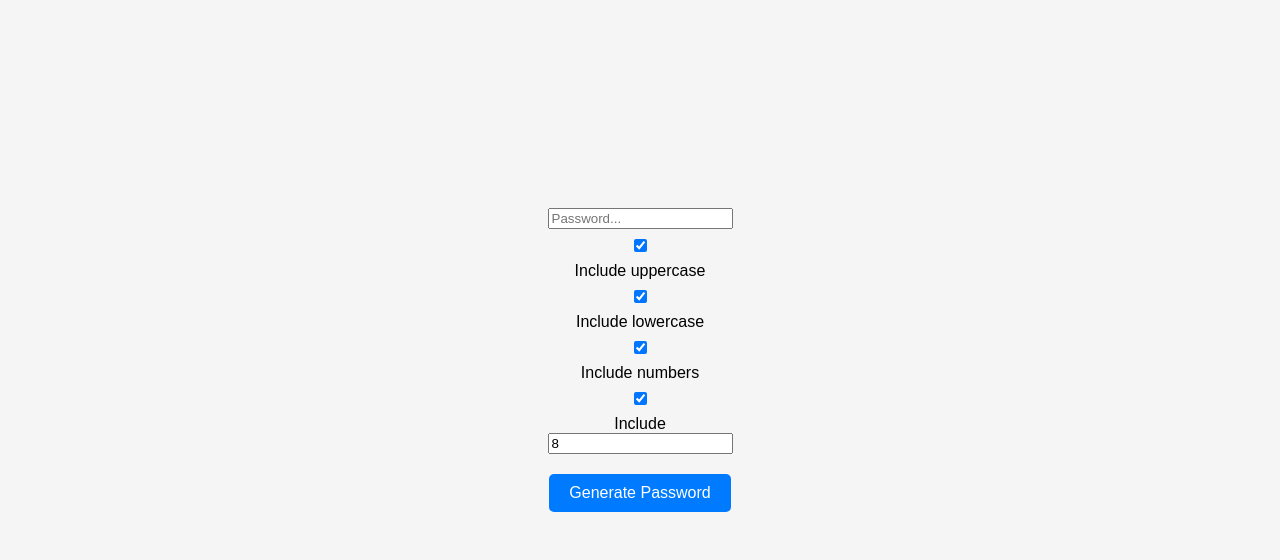
Repository: sriram1224/pass-generator
Page: /
An editor plug-in stored every save of this project. The page is shown before and after the next save, followed by the edit.
The browser window is 1280 px wide. The pictures show the whole page.
The project was rebuilt for these pictures with package versions that can differ from the ones it lists, and the page was loaded fresh each time.

Above is the page before, as saved 2024-03-21 19:43:09.

### src/App.js
import React, { useState, useRef, useCallback } from 'react';
import './App.css';

function generatePassword(length, includeUpper, includeLower, includeNumber, includeSymbol){
  const upperChars = 'ABCDEFGHIJKLMNOPQRSTUVWXYZ';
  const lowerChars = 'abcdefghijklmnopqrstuvwxyz';
  const numberChars = '0123456789';
  const symbolChars = '!@#$%^&*()-_=+';

  let chars = '';
  if (includeUpper) chars+= upperChars;
  if (includeLower) chars += lowerChars;
  if (includeNumber) chars += numberChars;
  if (includeSymbol) chars += symbolChars;
  let password = '';
  for(let i = 0; i < length; i++){
    password += chars.charAt(Math.floor(Math.random() * chars.length));
  }
  return password;
}

function App() {
  const [password,setPassword] = useState('');
  const includeUpperref = useRef(true);
  const includeLowerref= useRef(true);
  const includeSymbolref = useRef(true);
  const includeNumberref= useRef(true);
  const lengthRef = useRef(8);

  const handlechange = (ref) => {
    ref.current = !ref.current;
    handlePassword();
  };

  const handlePassword = useCallback(() => {
    const newPass = generatePassword(
      lengthRef.current,
      includeUpperref.current,
      includeLowerref.current,
      includeNumberref.current,
      includeSymbolref.current
    );
    setPassword(newPass);
  }, []);

  return (
    <div className="App">

      <input type="text"  value={password} placeholder='Password...'   readonly />
      <input type="checkbox" checked={includeUpperref.current} onChange={() => handlechange(includeUpperref)} /> Include uppercase
      <input type="checkbox" checked={includeLowerref.current} onChange={() => handlechange(includeLowerref)} /> Include lowercase
      <input type="checkbox" checked={includeNumberref.current} onChange={() => handlechange(includeNumberref)} /> Include numbers
      <input type="checkbox" checked={includeSymbolref.current} onChange={() => handlechange(includeSymbolref)} /> Include
      <input type="number" value={lengthRef.current} onChange={(e) => lengthRef.current = e.target.value} />
      <button onClick={handlePassword}>Generate Password</button>

    </div>
  );
}

export default App;

### src/App.css
.App {
  display: flex;
  flex-direction: column;
  align-items: center;
  justify-content: center;
  height: 100vh;
  background-color: #f5f5f5;
  font-family: Arial, sans-serif;
}

input[type="checkbox"] {
  margin: 10px;
}

button {
  margin-top: 20px;
  padding: 10px 20px;
  font-size: 16px;
  border: none;
  background-color: #007BFF;
  color: white;
  cursor: pointer;
  border-radius: 5px;
}

button:hover {
  background-color: #0056b3;
}

p {
  margin-top: 20px;
  font-size: 20px;
  color: #333;
}

Loaded but not shown: public/index.html (common file); src/index.js (common file); src/index.css (common file); src/reportWebVitals.js (common file)

After the next save:
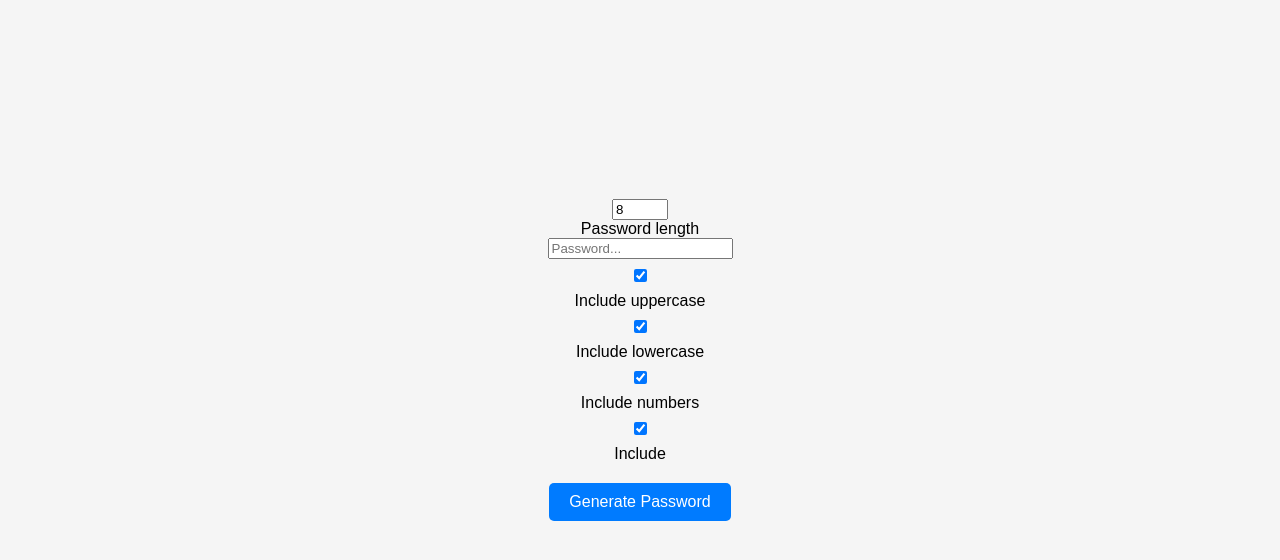
Saved 3 min 31 s later.
--- a/src/App.js
+++ b/src/App.js
@@ -25,7 +25,7 @@ function App() {
   const includeLowerref= useRef(true);
   const includeSymbolref = useRef(true);
   const includeNumberref= useRef(true);
-  const lengthRef = useRef(8);
+  const [length, setLength] = useState(8);
 
   const handlechange = (ref) => {
     ref.current = !ref.current;
@@ -34,24 +34,24 @@ function App() {
 
   const handlePassword = useCallback(() => {
     const newPass = generatePassword(
-      lengthRef.current,
+      length,
       includeUpperref.current,
       includeLowerref.current,
       includeNumberref.current,
       includeSymbolref.current
     );
     setPassword(newPass);
-  }, []);
+  }, [length]);
 
   return (
     <div className="App">
-
+      <input type="number" value={length} onChange={()=>setLength(e.target.value)} min="1" max="50" /> Password length
       <input type="text"  value={password} placeholder='Password...'   readonly />
       <input type="checkbox" checked={includeUpperref.current} onChange={() => handlechange(includeUpperref)} /> Include uppercase
       <input type="checkbox" checked={includeLowerref.current} onChange={() => handlechange(includeLowerref)} /> Include lowercase
       <input type="checkbox" checked={includeNumberref.current} onChange={() => handlechange(includeNumberref)} /> Include numbers
       <input type="checkbox" checked={includeSymbolref.current} onChange={() => handlechange(includeSymbolref)} /> Include
-      <input type="number" value={lengthRef.current} onChange={(e) => lengthRef.current = e.target.value} />
+
       <button onClick={handlePassword}>Generate Password</button>
 
     </div>
